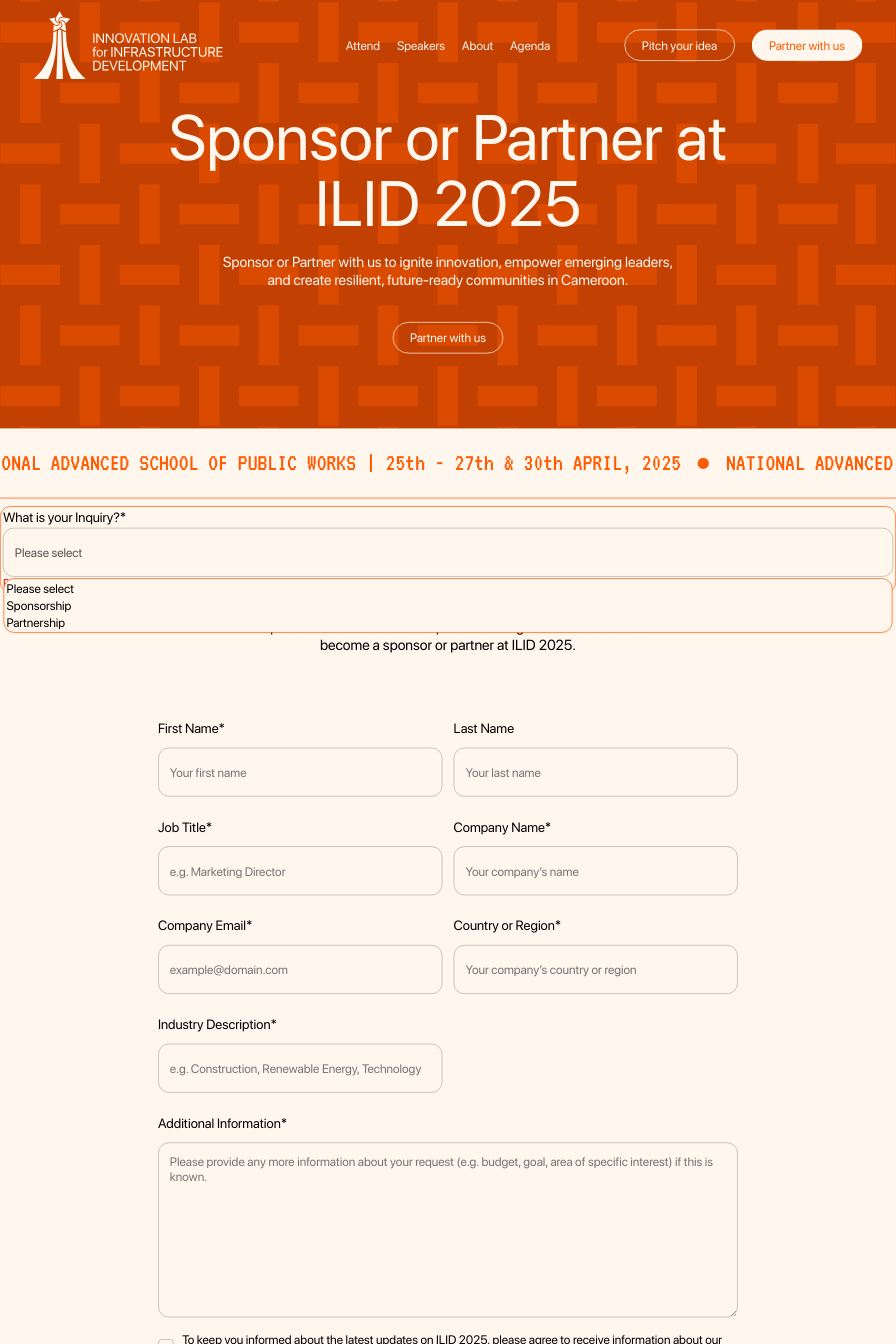
Repository: ilidevent/ilidwebsite
Page: /partners
An editor plug-in stored every save of this project. The page is shown before and after a run of saves, followed by the edit.
The browser window is 1280 px wide. The pictures show the part of the page from y = 0 to 1920 px (the page is 2758 px tall), at 70% of full size.
The project was rebuilt for these pictures with package versions that can differ from the ones it lists, and the page was loaded fresh each time. The framework's server and built-in components were replaced by stand-ins that run in the browser. Also part of the build but not shown: next.config.ts, components/ReUsables/ButtonTwo.tsx, styles/ReUsables/aboutboxwrapper.module.scss, components/ReUsables/TextEmail.tsx, styles/ReUsables/sloganbanner.module.scss, components/ReUsables/SloganBanner.tsx, styles/ReUsables/paddingtop.module.scss, components/ReUsables/PaddingTop.tsx and 43 more.

Above is the page before, as saved 2025-03-17 12:37:45.

### app/layout.tsx
import type { Metadata } from "next";
import localFont from "next/font/local";
import { Navbar } from "@/components";
import "../styles/globals.scss";
import Footer from "@/components/Navigation/Footer";

const regular = localFont({
  src: "./fonts/SF-Pro-Display-Regular.ttf",
  variable: "--regular-font"
})

const medium = localFont({
  src: "./fonts/SF-Pro-Display-Medium.ttf",
  variable: "--medium-font"
})

const semibold = localFont({
  src: "./fonts/SF-Pro-Display-Semibold.ttf",
  variable: "--semibold-font"
})

const heavy = localFont({
  src: "./fonts/SF-Pro-Display-Heavy.ttf",
  variable: "--heavy-font"
})

const script = localFont({
  src: "./fonts/VT323-Regular.ttf",
  variable: "--script-font"
})

export const metadata: Metadata = {
  title: "Innovation Lab for Infrastructure Development",
  description: "Generated by create next app",
};

export default function RootLayout({
  children,
}: Readonly<{
  children: React.ReactNode;
}>) {
  return (
    <html lang="en">
      <body className={`${regular.variable} ${medium.variable} ${semibold.variable} ${heavy.variable} ${script.variable}`}>
        <Navbar/>
        {children}
        <Footer/>
      </body>
    </html>
  );
}

### app/partners/layout.tsx
import type { Metadata } from "next";

export const metadata: Metadata = {
  title: "Partners ILID 2025",
  description: "From strategy to design, we craft brands that elevate visibility, build trust, and drive industry success.",
};

export default function RootLayout({
  children,
}: Readonly<{
  children: React.ReactNode;
}>) {
  return <>{children}</>;
}

### app/partners/page.tsx
import React from 'react'
import { PartnersPageWrapper } from '@/components'

const PartnersPage = () => {
  return (
    <div className='main'>
      <PartnersPageWrapper/>
    </div>
  )
}

export default PartnersPage

### components/index.ts
import Navbar from "./Navigation/Navbar";
import HomePageWrapper from "./HomePage/HomePageWrapper";
import AttendPageWrapper from "./AttendPage/AttendPageWrapper";
import SpeakerPageWrapper from "./SpeakerPage/SpeakerPageWrapper";
import AboutPageWrapper from "./AboutPage/AboutPageWrapper";
import AgendaPageWrapper from "./AgendaPage/AgendaPageWrapper";
import PitchPageWrapper from "./PitchPage/PitchPageWrapper";
import PartnersPageWrapper from "./PartnersPage/PartnersPageWrapper";

export {
  Navbar,
  HomePageWrapper,
  AttendPageWrapper,
  SpeakerPageWrapper,
  AboutPageWrapper,
  AgendaPageWrapper,
  PitchPageWrapper,
  PartnersPageWrapper
}

### components/Navigation/Navbar.tsx
import React from 'react'
import Image from 'next/image'
import Link from 'next/link'
import LOGO from "../../public/svg/whitelogo.svg"
import Button from '../ReUsables/Button'
import styles from "../../styles/Navigation/navbar.module.scss"

const Navbar = () => {
  const navLinks = [
    {
      name: "Attend",
      link: "/attend"
    },
    {
      name: "Speakers",
      link: "/speakers"
    },
    {
      name: "About",
      link: "/about"
    },
    {
      name: "Agenda",
      link: "/agenda"
    }
  ]

  const buttonOne = {
    name: "Pitch your idea",
    link: "/pitch-contest",
  }

  const buttonTwo = {
    name: "Partner with us",
    link: "/partners",
  }

  return (
    <>
      <header className={styles.nav__header}>
        <div className={`container ${styles.nav__container}`}>
          <Link className={styles.nav__logo} href="/">
            <Image fill quality={100} alt='ILID Logo' src={LOGO}/>
          </Link>
          <nav className={styles.nav__center}>
            {
              navLinks.map((data, i) => (
                <Link key={i} href={data.link}>{data.name}</Link>
              ))
            }
          </nav>
          <nav className={styles.nav__right}>
            <Button fill={false} buttonInfo={buttonOne}/>
            <Button fill buttonInfo={buttonTwo}/>
          </nav>
        </div>
      </header>
    </>
  )
}

export default Navbar

### components/PartnersPage/PartnersPageWrapper.tsx
"use client";

import React, { useEffect, useState, useRef } from "react";
import Lenis from "lenis";
import ReusableSection from "../ReUsables/ReusableSection";
import SpeakerForm from "../SpeakerPage/SpeakerForm";
import HeroSection from "../ReUsables/HeroSection";
import PartnersForm from "./PartnersForm";
import VenueBanner from "../ReUsables/VenueBanner";

const PartnersPageWrapper = () => {
  const [lenis, setLenis] = useState<Lenis | null>(null);
  const formRef = useRef<HTMLDivElement | null>(null);

  useEffect(() => {
    const lenisInstance = new Lenis({
      duration: 1,
    });

    function raf(time: number) {
      lenisInstance.raf(time);
      requestAnimationFrame(raf);
    }

    requestAnimationFrame(raf);

    // Store the lenis instance in state
    setLenis(lenisInstance);
  }, []);

  const HeroContent = {
    largeText: "Sponsor or Partner at ILID 2025",
    normalText:
      "Sponsor or Partner with us to ignite innovation, empower emerging leaders, and create resilient, future-ready communities in Cameroon.",
    buttonProps: {
      name: "Partner with us",
    }
  };

  const formContent = {
    header: "Become a Sponsor or Partner",
    keywords: ["Become"],
    text: "Empower innovation and drive positive change. Fill out the form to become a sponsor or  partner at ILID 2025.",
  };

  const HeroBreakpoints = {
    lg: "75vh",
    nm: "85vh",
    md: "100vh",
    sm: "100vh",
  };
  return (
    <>
      <HeroSection
        herocontent={HeroContent}
        breakpoints={HeroBreakpoints}
        lenis={lenis}
        reference={formRef}
      />
      <VenueBanner />
      <ReusableSection
        header={formContent.header}
        keywords={formContent.keywords}
        text={formContent.text}
        textColor="#000000"
        backgroundColor="#FFF6ED"
        ref={formRef}
      >
        <PartnersForm />
      </ReusableSection>
    </>
  )
}

export default PartnersPageWrapper

### components/ReUsables/Button.tsx
"use client";

import React from "react";
import Link from "next/link";
import styles from "../../styles/ReUsables/button.module.scss";

interface ButtonInfo {
  name: string;
  link?: string;
}

interface ButtonProps {
  buttonInfo: ButtonInfo;
  fill: boolean;
  onClick?: () => void;
}

const Button = ({ buttonInfo, fill, onClick }: ButtonProps) => {
  // If a link is provided, render a Link
  if (buttonInfo.link) {
    return fill ? (
      <Link className={styles.button__background} href={buttonInfo.link}>
        {buttonInfo.name}
      </Link>
    ) : (
      <Link className={styles.button__stroke} href={buttonInfo.link}>
        {buttonInfo.name}
      </Link>
    );
  }

  // If no link is provided but an onClick is available, render a clickable span
  if (onClick) {
    return fill ? (
      <span className={styles.button__background} onClick={onClick}>
        {buttonInfo.name}
      </span>
    ) : (
      <span className={styles.button__stroke} onClick={onClick}>
        {buttonInfo.name}
      </span>
    );
  }

  // Fallback: render a non-clickable span
  return fill ? (
    <span className={styles.button__background}>{buttonInfo.name}</span>
  ) : (
    <span className={styles.button__stroke}>{buttonInfo.name}</span>
  );
};

export default Button;

### styles/Navigation/navbar.module.scss
.nav__header {
  width: 100%;
  height: auto;
  padding: 1rem 0;
  position: fixed;
  top: 0;
  left: 0;
  z-index: 100;
}

.nav__container {
  position: relative;
  display: flex;
  justify-content: space-between;
  align-items: center;
}

.nav__logo {
  width: 270px;
  aspect-ratio: 1112.0159/400;
  position: relative;

  img {
    object-fit: cover;
  }
}

.nav__center {
  position: absolute;
  top: 50%;
  left: 50%;
  transform: translate(-50%, -50%);
  display: flex;
  gap: 1.5rem;

  a {
    color: var(--body-color);
    opacity: 1;
    transition: opacity 0.5s ease;

    &:hover {
      opacity: 0.5;
    }
  }
}

.nav__right{
  display: flex;
  gap: 1.5rem
}

### components/ReUsables/HeroSection.tsx
import React from "react";
import Button from "./Button";
import Image from "next/image";
import Lenis from "lenis";
import HEROBACK from "../../public/svg/heroback.svg"
import styles from "../../styles/ReUsables/herosection.module.scss";

interface HeroContent {
  largeText: string;
  normalText: string;
  buttonText?: string;
  buttonProps: {
    name: string;
    link?: string;
  };
}

interface HeroBreakpoints {
  lg: string;
  nm: string;
  md: string;
  sm: string;
}

const HeroSection = ({
  herocontent,
  breakpoints,
  lenis,
  reference,
}: {
  herocontent: HeroContent;
  breakpoints: HeroBreakpoints;
  lenis?: Lenis | null;
  reference?: React.RefObject<HTMLDivElement | null>;
}) => {


  const handleLenisScroll = () => {
    if (lenis && reference?.current) {
      const referenceTop =
        window.scrollY + reference?.current.getBoundingClientRect().top;
      lenis.scrollTo(referenceTop);
    }
  };


  return (
    <section
      className={styles.hero__section}
      style={
        {
          "--lg": breakpoints.lg,
          "--nm": breakpoints.nm,
          "--md": breakpoints.md,
          "--sm": breakpoints.sm,
        } as React.CSSProperties
      }
    >
      <div className={styles.hero__container}>
        <div className={styles.content__wrapper}>
          <div className={styles.large__text}>
            <h1>{herocontent.largeText}</h1>
          </div>
          <div className={styles.normal__text}>
            <p>{herocontent.normalText}</p>
          </div>
          <div className={styles.hbutton__wrapper}>
            {herocontent.buttonText && <p className={styles.button__text}>{herocontent.buttonText}</p>}
            <Button fill={false} buttonInfo={herocontent.buttonProps} onClick={handleLenisScroll}/>
          </div>
        </div>
      </div>
      <div className={styles.hero__image}>
        <Image fill quality={100} alt="ILID Pattern" src={HEROBACK}/>
      </div>
    </section>
  );
};

export default HeroSection;

### styles/ReUsables/button.module.scss
.button__background{
  padding: 0.7rem 1.5rem;
  border-radius: 100px;
  background-color: var(--body-color);
  color: var(--orange);
  border: 1px solid transparent;
  transition: all 0.5s ease;
  cursor: pointer;

  &:hover{
    border: 1px solid var(--body-color);
    color: var(--body-color);
    background-color: transparent;
  }
}

.button__stroke{
  padding: 0.7rem 1.5rem;
  border-radius: 100px;
  background-color: transparent;
  color: var(--body-color);
  border: 1px solid var(--body-color);
  transition: all 0.5s ease;
  cursor: pointer;

  &:hover{
    border: 1px solid transparent;
    color: var(--orange);
    background-color: var(--body-color);
  }
}

.button__strokeTwo{
  padding: 0.7rem 1.5rem;
  border-radius: 100px;
  background-color: transparent;
  color: var(--orange);
  border: 1px solid var(--orange);
  transition: all 0.5s ease;

  &:hover{
    border: 1px solid transparent;
    color: var(--body-color);
    background-color: var(--orange);
  }
}

### styles/ReUsables/herosection.module.scss
.hero__section {
  width: 100vw;
  height: var(--nm);
  background-color: var(--darkorange);
  position: relative;
  color: var(--body-color);
}

.hero__image{
  width: 100%;
  height: 100%;
  position: absolute;
  top: 0;
  left: 0;

  img{
    object-fit: cover;
  }
}

.hero__container {
  width: 100%;
  height: 100%;
  position: relative;
  z-index: 1;
}

.content__wrapper {
  width: 930px;
  height: auto;
  position: absolute;
  top: 150px;
  left: 50%;
  transform: translateX(-50%);
  display: flex;
  flex-direction: column;
  justify-content: flex-start;
  align-items: center;
  gap: 1.5rem;
}

.large__text {
  h1 {
    font-size: calc(var(--biggest-font-size) - 2.3rem);
    font-weight: 100;
    text-align: center;
    line-height: 1.03;
  }
}

.normal__text {
  width: 70%;
  text-align: center;

  p {
    font-size: calc(var(--normal-font-size) + 0.2rem);
  }
}

.hbutton__wrapper{
  display: flex;
  flex-direction: column;
  gap: 1rem;
  align-items: center;
  margin-top: 1.5rem;
}

@media screen and (min-height: 800px) {
  .hero__section{
    height: var(--lg);
  }

  .content__wrapper{
    width: 1030px;
    top: 21%;
  }

  .large__text {
    h1 {
      font-size: calc(var(--biggest-font-size) - 1.5rem);
      font-weight: 100;
      text-align: center;
      line-height: 1.1;
    }
  }

  .normal__text {
    width: 70%;
    text-align: center;

    p {
      font-size: calc(var(--h2-font-size) - 1rem);
    }
  }

  .hbutton__wrapper{
    display: flex;
    flex-direction: column;
    gap: 1.5rem;
    align-items: center;
    margin-top: 2rem;
  }
}

### styles/ReUsables/venuebanner.module.scss
.vb__section{
  position: relative;
  width: 100%;
  height: auto;
  padding: 0rem 0 3rem;
}

.vbslider__container{
  width: 100%;
  padding: 2rem 0;
  border-bottom: 1px solid var(--orange);
}

.vb__slider{
  width: max-content;
  position: relative;
  display: flex;
}

.vslider__main{
  display: flex;

  .vslider__space{
    width: 1rem;
    height: 1rem;
    display: block;
  }
}

.vslider__content{
  display: flex;
  gap: 1.5rem;
  align-items: center;
  font-family: var(--script-font);
  font-size: calc(var(--h2-font-size) - 0.3rem);
  color: var(--orange);
}

.vfirst__slide{
  display: flex;
  align-items: center;
  gap: 1.5rem;

  p{
    word-wrap: none;
  }

  .vspan__button{
    display: block;
    width: 1rem;
    height: 1rem;
    border-radius: 50%;
    background-color: var(--orange);
  }
}

### components/ReUsables/HighlighedText.tsx
import React from 'react'
import styles from "../../styles/ReUsables/highlightedtext.module.scss";

interface HighlightedTextProps {
  text: string;
  keywords?: string[];
  color: string;
}

const HighlightedText = ({
  text,
  keywords,
  color
}: HighlightedTextProps) => {
  // Split the text into words
  const words = text.split(" ");

  return (
    <p className={styles.large__text}>
      {words.map((word, index) => {
        // Remove punctuation for matching and convert to lowercase.
        const cleanedWord = word.replace(/[.,!?;:()]/g, "");

        if (keywords?.includes(cleanedWord)) {
          return (
            <span key={index} style={{color: "var(--orange)"}}>
              {word}{" "}
            </span>
          );
        } else {
          return (
            <span key={index} style={{color: color}}>
              {word}{" "}
            </span>
          );
        }
      })}
    </p>
  );
};

export default HighlightedText;

### styles/ReUsables/reusablesection.module.scss
.rs__content{
  width: 100%;
  height: auto;
  position: relative;
}

.rs__container{
  height: max-content;
}

.rs__wrapper{
  width: 100%;
  height: auto;
  display: flex;
  flex-direction: column;
  justify-content: flex-start;
  gap: 6rem;
  align-items: center;
}

.rscontent__header{
  width: 60%;
  display: flex;
  flex-direction: column;
  align-items: center;
  justify-content: flex-start;
  gap: 1rem;

  .p__tag{
    text-align: center;
    width: 85%;
    font-size: calc(var(--normal-font-size) + 0.2rem);
  }
}

.rsmain__content{
  width: 100%;
  height: auto;
}

.rButton{
  display: flex;
  flex-direction: column;
  align-items: center;

}

.rbutton__text{
  width: max-content;
  margin-bottom: 1rem;
}

### components/ReUsables/FormInput.tsx
"use client";

import React, { useState, useEffect } from "react";
import styles from "../../styles/ReUsables/forminput.module.scss";

interface FormField {
  id: number;
  name: string;
  type: string;
  placeholder: string;
  errorMessage?: string;
  label: string;
  required: boolean;
  minlength?: number;
  inputState: boolean;
}

const FormInput = ({
  data,
  isSubmitting,
}: {
  data: FormField;
  isSubmitting: boolean;
}) => {
  const [focused, setFocused] = useState(false);

  useEffect(() => {
    if (isSubmitting) {
      setFocused(false);
    }
  }, [isSubmitting]);

  const handleFocus = () => {
    if (!isSubmitting) { // Skip onBlur during form reset/submission
      setFocused(true);
    }
  };

  return (
    <div className={styles.input__wrapper}>
      <label htmlFor={data.name} className={styles.label}>
        {data.label}
      </label>
      {data.inputState ? (
        <input
          className={styles.input}
          name={data.name}
          type={data.type}
          placeholder={data.placeholder}
          required={data.required}
          minLength={data.minlength}
          onBlur={handleFocus}
          data-focused={focused.toString()}
        />
      ) : (
        <textarea
          className={styles.textarea}
          name={data.name}
          placeholder={data.placeholder}
          required={data.required}
          minLength={data.minlength}
          onBlur={handleFocus}
          data-focused={focused.toString()}
        />
      )}
      <span className={styles.error}>{data.errorMessage}</span>
    </div>
  );
};

export default FormInput;

### styles/ReUsables/highlightedtext.module.scss
.large__text{
  font-size: calc(var(--h2-font-size) + 0.6rem);
}

.phrase__text{
  font-size: calc(var(--normal-font-size) + 0.6rem);
  text-align: justify;
}

### components/ReUsables/FormSelector.tsx
"use client";

import React, { useState } from "react";
import styles from "../../styles/ReUsables/formselector.module.scss";


const FormSelector = () => {
  const selections = [
    "Please select",
    "Sponsorship",
    "Partnership"
  ]
  const [activeBox, setActiveBox] = useState(false)

  return (
    <div className={styles.select__wrapper}>
      <span className={styles.flabel}>What is your Inquiry?*</span>
      <div className={styles.finput} onClick={() => setActiveBox(!activeBox)}>
        <span className={styles.selection}>Please select</span>
        <div className={styles.select__wrapper}>
          {
            selections.map((data, i) => (
              <div className={styles.sbox} key={i}>
                <span>{data}</span>
              </div>
            ))
          }
        </div>
      </div>
      <span className={styles.ferror}>Please select an inquiry</span>
    </div>
  );
};

export default FormSelector;

### styles/ReUsables/forminput.module.scss
.input__wrapper{
  width: 100%;
  height: auto;
  display: flex;
  flex-direction: column;
  gap: 1rem
}

.label{
  font-size: calc(var(--normal-font-size) + 0.1rem);
  text-transform: none;
}

.input {
  width: 100%;
  height: 70px;
  padding-left: 1rem;
  outline: none;
  background-color: transparent;
  border-radius: 15px;
  border: 1px solid rgba(0, 0, 0, 0.3);


  &:focus {
    border: 1px solid #ffa473;
  }

  &:invalid[data-focused="true"] {
    border: 1px solid red;
  }

  &:invalid[data-focused="true"] ~ .error {
    display: block;
  }
}

.textarea {
  width: 100%;
  min-height: 250px;
  padding-top: 1rem;
  padding-left: 1rem;
  outline: none;
  border: 1px solid rgba(0, 0, 0, 0.3);
  background-color: transparent;
  border-radius: 15px;


  &:focus {
    border: 1px solid #ffa473;
  }

  &:invalid[data-focused="true"] {
    border: 1px solid rgb(255, 0, 0);
  }

  &:invalid[data-focused="true"] ~ .error {
    display: block;
  }
}

.error {
  font-size: calc(var(--normal-font-size) - 0.1rem);
  color: rgb(255, 0, 0);
  display: none;
  margin-top: -0.2rem;
}

### styles/ReUsables/formselector.module.scss
.select__wrapper{
  width: 100%;
  height: auto;
  display: flex;
  flex-direction: column;
  gap: 1rem;
  position: relative;
}

.flabel{
  font-size: calc(var(--normal-font-size) + 0.1rem);
  text-transform: none;
}

.finput {
  width: 100%;
  position: relative;
  height: 70px;
  background-color: transparent;
  border-radius: 15px;
  border: 1px solid rgba(0, 0, 0, 0.3);
}

.selection{
  position: absolute;
  top: 50%;
  left: 1rem;
  transform: translateY(-50%);
  color: var(--text-color-light);
}

.ferror {
  font-size: calc(var(--normal-font-size) - 0.1rem);
  color: rgb(255, 0, 0);
  margin-top: -0.2rem;
}

.select__wrapper{
  width: 100%;
  height: auto;
  padding: 0.2rem;
  border-radius: 15px;
  background-color: var(--body-color);
  border: 1px solid var(--orange);
  display: flex;
  flex-direction: column;
  gap: 0.2rem;
  position: absolute;
  top: calc(100% + 0.2rem);
  left: 0;
}

Loaded but not shown: utils/index.ts (2098 lines, source omitted); components/Navigation/BetterMarque.tsx (236 lines, source omitted); components/Navigation/Footer.tsx (119 lines, source omitted); components/PartnersPage/PartnersForm.tsx (122 lines, source omitted); components/ReUsables/VenueBanner.tsx (90 lines, source omitted); styles/Navigation/bettermarque.module.scss (150 lines, source omitted); styles/globals.scss (167 lines, source omitted); components/ReUsables/ReusableSection.tsx (86 lines, source omitted); styles/AttendPage/attendform.module.scss (137 lines, source omitted); styles/Navigation/footer.module.scss (147 lines, source omitted)

After the next 2 saves:
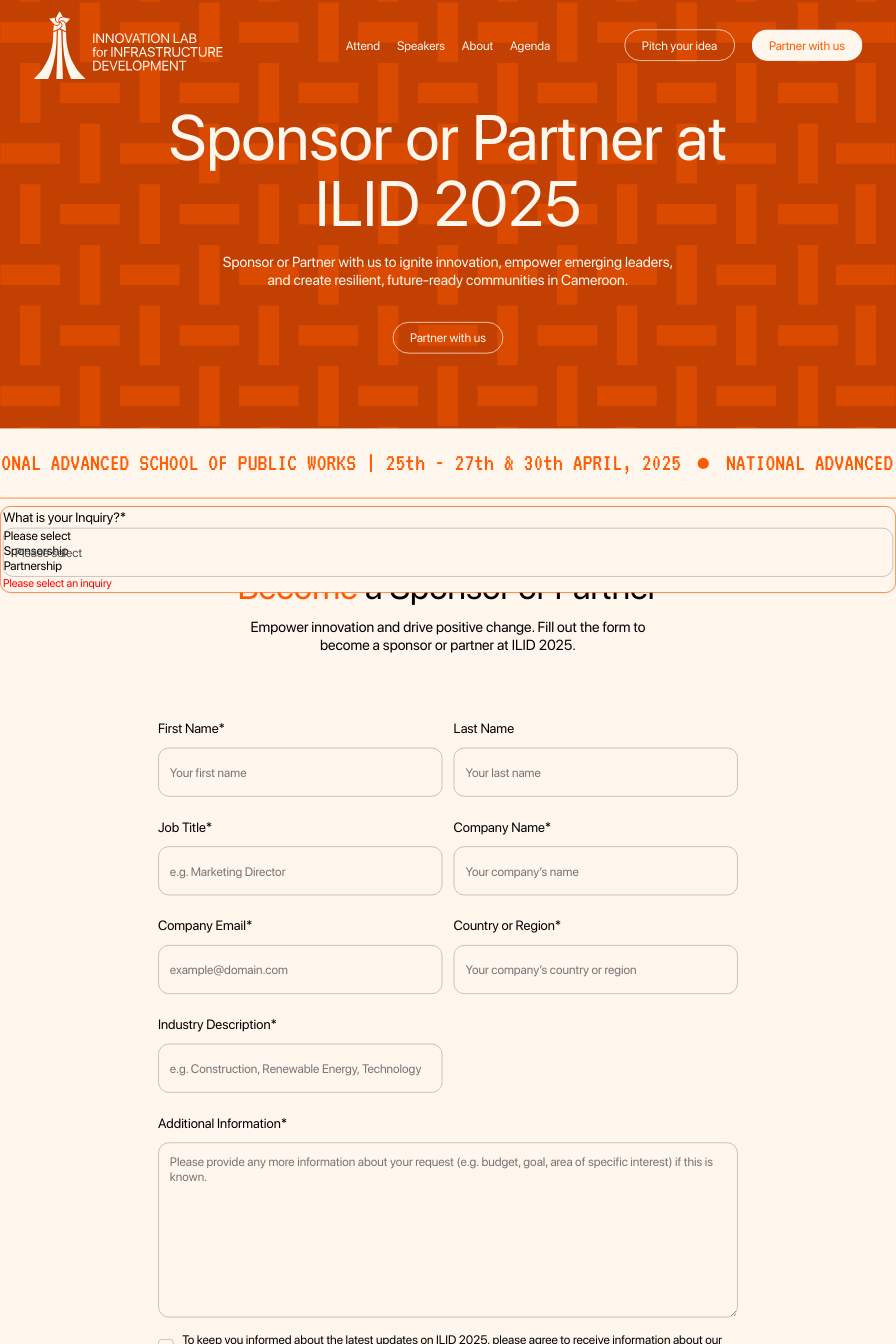
The 2 saves are shown as one change because they came seconds apart.
The last was saved 18 s later.
--- a/components/ReUsables/FormSelector.tsx
+++ b/components/ReUsables/FormSelector.tsx
@@ -17,7 +17,7 @@
       <span className={styles.flabel}>What is your Inquiry?*</span>
       <div className={styles.finput} onClick={() => setActiveBox(!activeBox)}>
         <span className={styles.selection}>Please select</span>
-        <div className={styles.select__wrapper}>
+        <div className={styles.select__boxer}>
           {
             selections.map((data, i) => (
               <div className={styles.sbox} key={i}>
